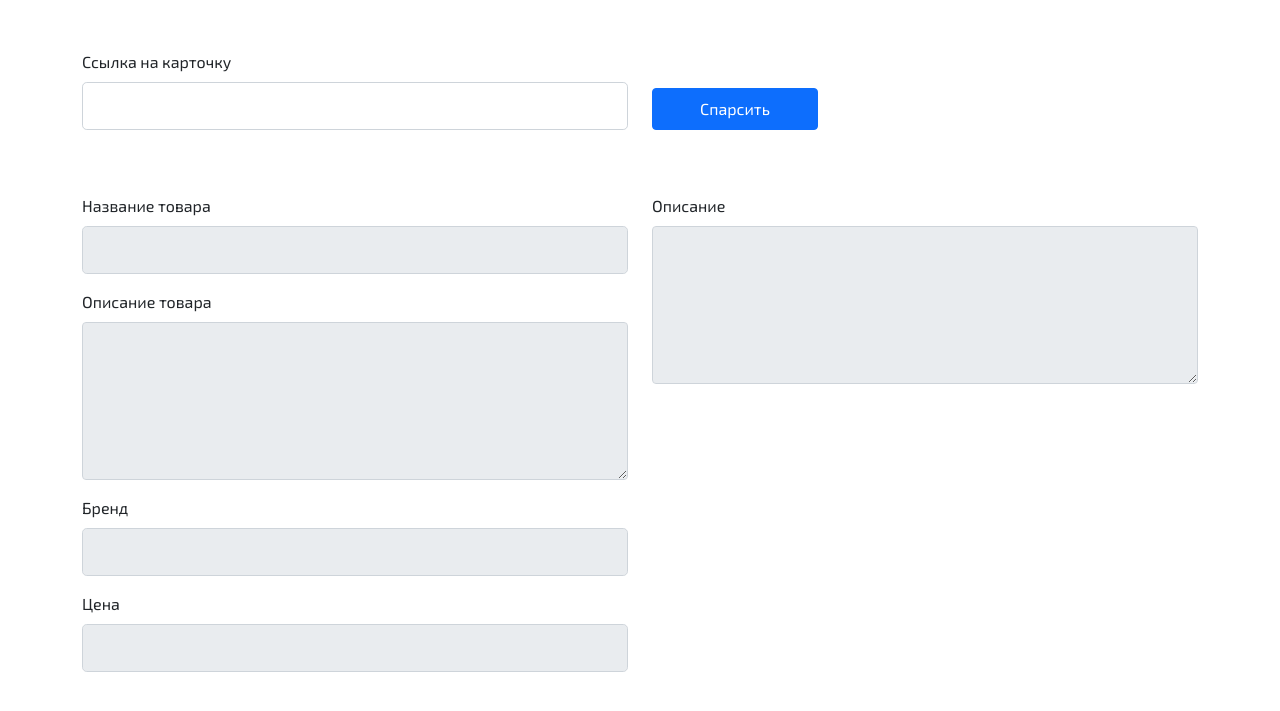
Repository: yozuul/wildberries-product-card-parser-api-exchange
Page: public/index.html
These files come from the project's save history. The page is drawn as it stood at one moment and after the next save; the edit follows.
The browser window is 1280 px wide. The pictures show the whole page.

Above is the page before, as saved 2021-08-18 20:14:32.

### public/index.html
<!DOCTYPE html>
<html lang="en">

<head>
   <meta charset="UTF-8">
   <meta http-equiv="X-UA-Compatible" content="IE=edge">
   <meta name="viewport" content="width=device-width, initial-scale=1.0">
   <title>Document</title>
   <link href="https://cdn.jsdelivr.net/npm/bootstrap@5.1.0/dist/css/bootstrap.min.css" rel="stylesheet"
      integrity="sha384-KyZXEAg3QhqLMpG8r+8fhAXLRk2vvoC2f3B09zVXn8CA5QIVfZOJ3BCsw2P0p/We" crossorigin="anonymous">
   <link rel="stylesheet" href="style.css">
</head>

<body>
   <div class="container">
      <form class="row parser_form_wrapper align-items-end">
         <div class="mb-3 col-6">
            <label for="cardProductURL" class="form-label">Ссылка на карточку</label>
            <input type="text" class="form-control form-control-lg" id="cardProductURL">
         </div>
         <div class="col-2 mb-3">
            <button type="submit" class="btn btn-primary col-12 form-control-lg">Спарсить</button>
         </div>
      </form>
   </div>
   <form class="container mt-5">
      <div class="row">
         <div class="col">
            <div class="mb-3">
               <label for="productName" class="form-label">Название товара</label>
               <input type="text" class="form-control form-control-lg" id="productName" readonly>
            </div>
            <div class="mb-3">
               <label for="productDesc" class="form-label">Описание товара</label>
               <textarea type="text" class="form-control" form-control-lg id="productDesc" rows="6" readonly></textarea>
            </div>
            <div class="mb-3">
               <label for="productBrand" class="form-label">Бренд</label>
               <input type="text" class="form-control form-control-lg" id="productBrand" readonly>
            </div>
            <div class="mb-3">
               <label for="productPrice" class="form-label">Цена</label>
               <input type="text" class="form-control form-control-lg" id="productPrice" readonly>
            </div>
            <div class="mb-3">
               <label for="productImages" class="form-label dn">Изображения</label>
               <!-- <input type="text" class="form-control" id="productImages"> -->
            </div>
         </div>
         <div class="col">
            <label for="productName" class="form-label">Описание</label>
            <textarea type="text" class="form-control" id="productDesc" rows="6" readonly></textarea>
         </div>
      </div>
   </form>
   <script src="index.js"></script>
</body>
</html>

### public/style.css
@import url('https://fonts.googleapis.com/css2?family=Exo+2&display=swap');

* {
   font-family: 'Exo 2', sans-serif;
}

body {
   padding: 0;
   margin: 0;
}
.dn {
   display: none;
}
.parser_form_wrapper {
   margin-top: 50px;
}
/* .productFormWrapper, .parseFormWrapper {
   max-width: 1200px;
   margin: auto;
   padding-top: 25px;
   padding-bottom: 25px;
}
.parseFormWrapper {
   border-bottom: 1px dotted #9999;
}
.productFormWrapper {
   display: flex;
}
.productFormWrapperLeft {
   margin-right: 50px;
}
.parseForm {
   display: flex;
   flex-wrap: wrap;
   max-width: 550px;
}
.parseForm input {
   width: 550px;
   margin-bottom: 20px;
}
.productForm {
}
.productForm input, .productForm textarea {
   width: 550px;
}
.productForm textarea {
   height: 100px;
   resize: none;
}
.parseFormWrapper p, .productFormWrapper p {
   margin-bottom: 8px;
   margin-top: 0;
}
.inputWrapper {
   margin-bottom: 15px;
} */

Loaded but not shown: index.js (no copy from this time; the picture is the same without it)

After the next save:
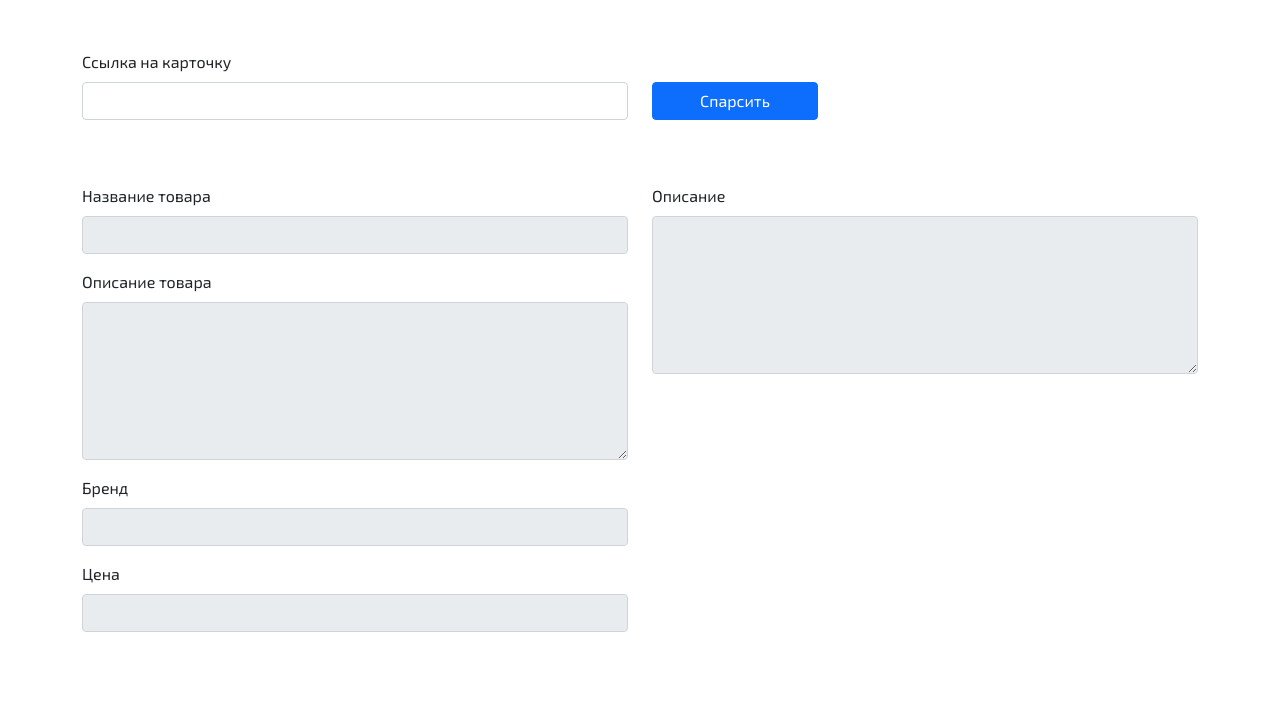
Saved 7 s later.
--- a/public/index.html
+++ b/public/index.html
@@ -16,10 +16,10 @@
       <form class="row parser_form_wrapper align-items-end">
          <div class="mb-3 col-6">
             <label for="cardProductURL" class="form-label">Ссылка на карточку</label>
-            <input type="text" class="form-control form-control-lg" id="cardProductURL">
+            <input type="text" class="form-control" id="cardProductURL">
          </div>
          <div class="col-2 mb-3">
-            <button type="submit" class="btn btn-primary col-12 form-control-lg">Спарсить</button>
+            <button type="submit" class="btn btn-primary col-12">Спарсить</button>
          </div>
       </form>
    </div>
@@ -28,19 +28,19 @@
          <div class="col">
             <div class="mb-3">
                <label for="productName" class="form-label">Название товара</label>
-               <input type="text" class="form-control form-control-lg" id="productName" readonly>
+               <input type="text" class="form-control" id="productName" readonly>
             </div>
             <div class="mb-3">
                <label for="productDesc" class="form-label">Описание товара</label>
-               <textarea type="text" class="form-control" form-control-lg id="productDesc" rows="6" readonly></textarea>
+               <textarea type="text" class="form-control" id="productDesc" rows="6" readonly></textarea>
             </div>
             <div class="mb-3">
                <label for="productBrand" class="form-label">Бренд</label>
-               <input type="text" class="form-control form-control-lg" id="productBrand" readonly>
+               <input type="text" class="form-control" id="productBrand" readonly>
             </div>
             <div class="mb-3">
                <label for="productPrice" class="form-label">Цена</label>
-               <input type="text" class="form-control form-control-lg" id="productPrice" readonly>
+               <input type="text" class="form-control" id="productPrice" readonly>
             </div>
             <div class="mb-3">
                <label for="productImages" class="form-label dn">Изображения</label>
